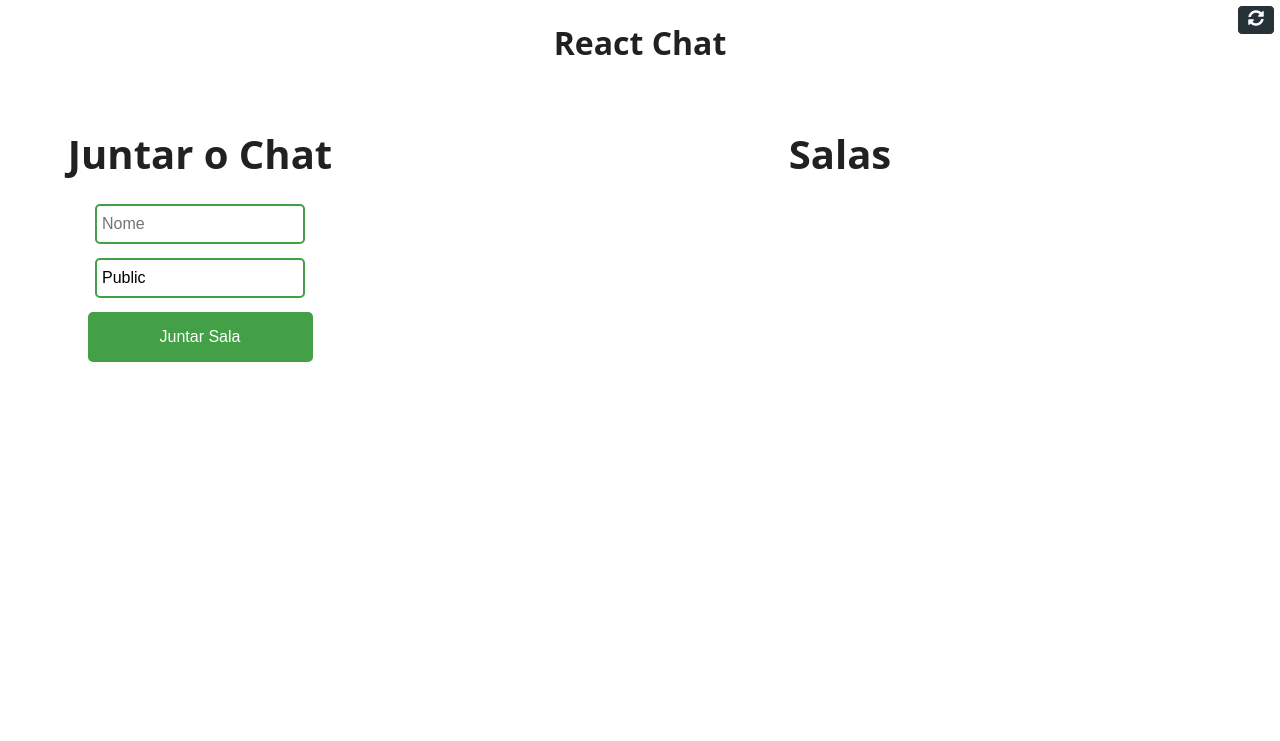
Repository: hierotsu/chat-rooms-react-
Page: / (app in client/)
An editor plug-in stored every save of this project. The page is shown before and after the next save, followed by the edit.
The browser window is 1280 px wide. The pictures show the whole page.
The page's requests for data from a server got no answer. The project was rebuilt for these pictures with package versions that can differ from the ones it lists, and the page was loaded fresh each time. No one was signed in, and anything a server would have sent is missing. Also part of the build but not shown: client/src/components/User.js, client/src/components/Chat.js.

Above is the page before, as saved 2022-02-02 16:41:50.

### client/public/index.html
<!DOCTYPE html>
<html lang="en">
	<head>
		<meta charset="utf-8" />
		<link rel="icon" href="%PUBLIC_URL%/favicon.ico" />
		<meta name="viewport" content="width=device-width, initial-scale=1" />
		<meta name="theme-color" content="#000000" />
		<meta
			name="description"
			content="Web site created using create-react-app"
		/>
		<link rel="apple-touch-icon" href="%PUBLIC_URL%/logo192.png" />
		<!--
      manifest.json provides metadata used when your web app is installed on a
      user's mobile device or desktop. See https://developers.google.com/web/fundamentals/web-app-manifest/
    -->
		<link rel="manifest" href="%PUBLIC_URL%/manifest.json" />
		<!--
      Notice the use of %PUBLIC_URL% in the tags above.
      It will be replaced with the URL of the `public` folder during the build.
      Only files inside the `public` folder can be referenced from the HTML.

      Unlike "/favicon.ico" or "favicon.ico", "%PUBLIC_URL%/favicon.ico" will
      work correctly both with client-side routing and a non-root public URL.
      Learn how to configure a non-root public URL by running `npm run build`.
    -->
		<link
			rel="stylesheet"
			href="https://cdnjs.cloudflare.com/ajax/libs/font-awesome/5.15.4/css/all.min.css"
		/>
		<title>React App</title>
	</head>
	<body>
		<noscript>You need to enable JavaScript to run this app.</noscript>
		<div id="root"></div>
		<!--
      This HTML file is a template.
      If you open it directly in the browser, you will see an empty page.

      You can add webfonts, meta tags, or analytics to this file.
      The build step will place the bundled scripts into the <body> tag.

      To begin the development, run `npm start` or `yarn start`.
      To create a production bundle, use `npm run build` or `yarn build`.
    --></body>
</html>

### client/src/App.js
import { useState, useEffect, useRef } from 'react'
import io from 'socket.io-client'

import Chat from './components/Chat';
import Rooms from './components/Rooms'

import './App.css';

export const SERVER_URL = "http://localhost:3001"

const connect = () => {
  return io.connect(SERVER_URL,
    { query: { id: Math.floor(Math.random() * 1000) } })
}

const socket = connect()

function App() {
  const [username, setUsername] = useState('')
  const [room, setRoom] = useState('Public')
  const [joinButtonDisabled, setJoinButtonDisabled] = useState(true)
  const [showChat, setShowChat] = useState(false)
  const usernameRef = useRef()
  const roomRef = useRef()

  useEffect(() => {
    setJoinButtonDisabled(username === '' || room === '')
  }, [username, room])



  const joinRoom = (room_ext) => {
    console.log('SOCKET Join', socket, socket.id, room_ext)
    if (typeof room_ext !== "undefined")
      setRoom(room_ext);
    else
      room_ext = room;
    if (username !== '' && room !== '') {
      if (!socket.connected)
        socket.open()

      socket.emit('join_room', room_ext, username)
      setShowChat(true)
    }
    else if (username === '') {
      usernameRef.current.focus()
    }
    else if (room === '') {
      roomRef.current.focus()
    }
  }

  function logoutHandle() {
    setShowChat(false)
  }

  return (
    <div className="App">
      <h1>React Chat</h1>
      <div className="chat-ini-container">

        {!showChat ?
          <>
            <div className="joinChatContainer">
              <h3>Juntar o Chat</h3>
              <input type="text" placeholder='Nome' onKeyPress={e => { e.key === 'Enter' && e.target.value !== '' && joinRoom() }}
                onChange={e => setUsername(e.target.value)}
                value={username}
                ref={usernameRef} />
              <input type="text" placeholder='Sala' onKeyPress={e => { e.key === 'Enter' && e.target.value !== '' && joinRoom() }}
                onChange={e => setRoom(e.target.value)}
                value={room}
                ref={roomRef} />
              <button onClick={e => joinRoom()} disabled={joinButtonDisabled}>Juntar Sala</button>
            </div>
            <Rooms socket={socket} joinRoom={joinRoom} />
          </>
          :
          <Chat socket={socket} username={username} room={room} onClose={logoutHandle} />
        }
      </div>
    </div>
  );
}

export default App;

### client/src/components/Rooms.js
import { useState, useEffect } from 'react';
import io from 'socket.io-client'


export default function Rooms({ socket, joinRoom }) {
    const [rooms, setRooms] = useState([])

    useEffect(() => {
        console.log('Socket changed useEffect', socket, socket.id)
        // if (!socket.connected)
        socket.close()
        socket.open()
        socket.emit('get-rooms', setRooms)

        // socket.on('receive-rooms', roomsReceived)
    }, [socket])


    const refreshHandle = () => {
        socket.emit('get-rooms', setRooms)
    }


    const listRooms = () => {
        return rooms.map((room, ind) => {
            return <div key={'chat-room-' + ind} onClick={joinRoom.bind(null, room.name)}>Sala {room.name} com {room.usersTotal} utilizadores</div>
        })
    }

    return <div className="rooms-container">
        <h3>Salas</h3>
        <div className="action-bar">
            <button onClick={refreshHandle}><i className="fas fa-sync-alt"></i></button>
        </div>
        <div className="rooms-list">
            {listRooms()}
        </div>
    </div>;
}

### client/src/App.css
* {
	box-sizing: border-box;
}

.App {
	width: 100vw;
	height: 100vh;
	background: #fff;
	color: #212121;
	font-family: "Open Sans", sans-serif;
	text-align: center;
}
body {
	margin: 0%;
	padding: 0%;
}
@import url("https://fonts.googleapis.com/css?family=Open+Sans:300,400,700");

button:hover {
	cursor: pointer;
}

.chat-ini-container {
	display: flex;
}

.joinChatContainer {
	display: flex;
	flex-direction: column;
	text-align: center;
	min-width: 400px;
}

.rooms-container h3,
.joinChatContainer h3 {
	font-size: 2.5rem;
	margin-bottom: 1rem;
}
.joinChatContainer input {
	width: 210px;
	height: 40px;
	margin: 7px auto;
	border: 2px solid #43a047;
	border-radius: 5px;
	padding: 5px;
	font-size: 16px;
}

.joinChatContainer button {
	width: 225px;
	height: 50px;
	margin: 7px auto;
	border: none;
	border-radius: 5px;
	padding: 5px;
	font-size: 16px;
	background: #43a047;
	color: #fff;
	cursor: pointer;
}

.joinChatContainer button:hover {
	background: #2e7d32;
}
.chat-container {
	display: flex;
	flex: 1;
	min-height: 0px;
}
.chat-window {
	width: 90vw;
	height: 90vh;
	max-width: 600px;
	max-height: 600px;
	display: flex;
	flex-direction: column;
}
.chat-window.isReduced {
	height: 45px;
	overflow: hidden;
}
.chat-window p {
	margin: 0;
}

.chat-users {
	width: fit-content;
	max-width: 200px;
	border: 1px solid black;
	padding: 0px 10px;
}
.chat-users > div {
	font-weight: bold;
}
.chat-window .chat-header {
	height: 45px;
	border-top-left-radius: 6px;
	border-top-right-radius: 6px;
	background: #263238;
	position: relative;
	cursor: pointer;
}
.chat-window .chat-header p {
	display: block;
	padding: 0 1em 0 2em;
	color: #fff;
	font-weight: 700;
	line-height: 45px;
}

.chat-window .chat-body {
	/* height: calc(450px - (45px + 70px)); */
	border: 1px solid #263238;
	background: #fff;
	position: relative;
	flex: 1;
}
.chat-window .chat-body .message-container {
	width: 100%;
	height: 100%;
	overflow-y: auto;
	overflow-x: hidden;
}

.chat-window .chat-body .message-container::-webkit-scrollbar {
	display: none;
}
.chat-window .chat-body .message {
	height: auto;
	padding: 10px;
	display: flex;
}

.chat-window .chat-body .message .message-content {
	width: auto;
	height: auto;
	min-height: 40px;
	max-width: 120px;
	background-color: #43a047;
	border-radius: 5px;
	color: white;
	display: flex;
	align-items: center;
	margin-right: 5px;
	margin-left: 5px;
	padding-right: 5px;
	padding-left: 5px;
	overflow-wrap: break-word;
	word-break: break-word;
}

#you {
	justify-content: flex-start;
}

#you .message-content {
	justify-content: flex-start;
}

#you .message-meta {
	justify-content: flex-start;
	margin-left: 5px;
}

#other.new-chatter .message-content {
	background-color: aliceblue;
	color: black;
}
#other.new-chatter .message-content,
#other.new-chatter #time {
	font-style: italic;
	font-size: smaller;
}

#other {
	justify-content: flex-end;
}

#other .message-content {
	justify-content: flex-end;
	background-color: cornflowerblue;
}

#other .message-meta {
	justify-content: flex-end;
	margin-right: 5px;
}

.message-meta #author {
	margin-left: 10px;
	font-weight: bold;
}

.chat-window .chat-body .message .message-meta {
	display: flex;
	font-size: 12px;
}

.chat-window .chat-footer {
	height: 40px;
	border: 1px solid #263238;
	border-top: none;
	display: flex;
}

.chat-window .chat-footer input {
	height: 100%;
	flex: 85%;
	border: 0;
	padding: 0 0.7em;
	font-size: 1em;
	border-right: 1px dotted #607d8b;

	outline: none;
	font-family: "Open Sans", sans-serif;
}

.chat-window .chat-footer button {
	border: 0;
	display: grid;
	place-items: center;
	cursor: pointer;
	flex: 15%;
	height: 100%;
	background: transparent;
	outline: none;
	font-size: 25px;
	color: lightgray;
}

.chat-window .chat-footer button:hover {
	color: #43a047;
}
.hide {
	opacity: 0 !important;
}

.action-bar {
	position: absolute;
	top: 5px;
	right: 2px;
}
.action-bar button {
	background: #263238;
	font-size: 1rem;
	color: white;
	border: 1px solid white;
	border-radius: 5px;
	padding: 4px 10px 6px 10px;
	margin: 0 3px;
}

/*****	ROOMS *****/
.rooms-container {
	text-align: center;
	flex: 1;
	min-height: 0;
	padding: 0 20px;
}
.room-list {
	overflow-y: auto;
}
.rooms-list > div {
	margin: 20px;
	padding: 20px;
	border: 2px solid #43a047;
	border-radius: 5px;
}
.rooms-list > div:hover {
	cursor: pointer;
	background: #43a047;
	color: white;
}

Loaded but not shown: client/src/index.js (common file); client/src/index.css (common file)

After the next save:
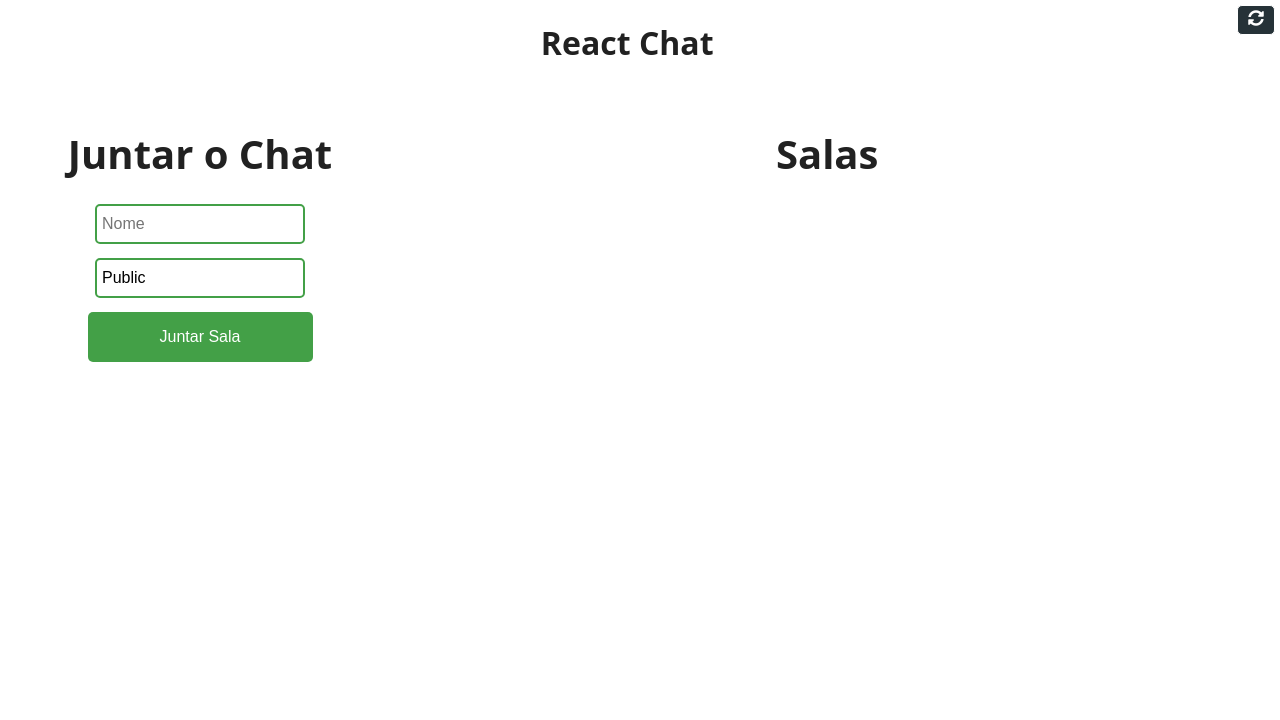
Saved 14 s later.
--- a/client/src/App.css
+++ b/client/src/App.css
@@ -3,8 +3,8 @@
 }
 
 .App {
-	width: 100vw;
-	height: 100vh;
+	width: 98vw;
+	height: 97vh;
 	background: #fff;
 	color: #212121;
 	font-family: "Open Sans", sans-serif;
